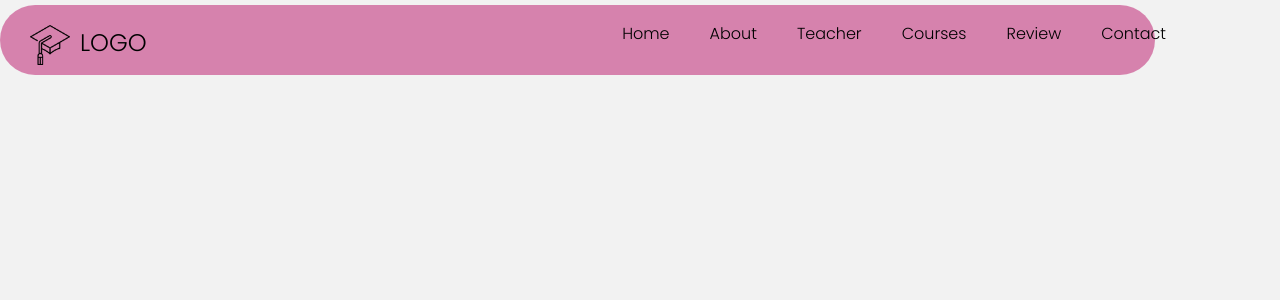
Repository: MrHadSheanas/First-Responsive_Design-Web
Page: index.html
An editor plug-in stored every save of this project. The page is shown before and after a run of saves, followed by the edit.
The browser window is 1280 px wide. The pictures show the whole page.
Some web fonts or font styles are not loaded; a fallback is used. Some web libraries are served in a nearby version.

Above is the page before, as saved 2025-09-07 22:03:09.

### index.html
<!DOCTYPE html>
<html lang="en">
<head>
   <meta charset="UTF-8">
   <meta name="viewport" content="width=device-width, initial-scale=1.0">
   <title>Document</title>
   <link rel="stylesheet" href="https://cdnjs.cloudflare.com/ajax/libs/font-awesome/7.0.1/css/all.min.css">
   <link rel="stylesheet" href="style.css">
   <link rel="stylesheet" href="app.js">
   <link rel="stylesheet" href="">


</head>
<body>
   <nav class="navbor">
      <div class="logo">
         <img id="logo" src="img/mortarboard.png" alt="">
         <h2>LOGO</h2>
         <img id="menu1" src="img/menu-bar.png" alt="">
      </div>


      <ul class="nav-links">
         <ol>Home</ol>
         <ol>About</ol>
         <ol>Teacher</ol>
         <ol>Courses</ol>
         <ol>Review</ol>
         <ol>Contact</ol>
   </nav>

</body>
</html>

### style.css
@import url('https://fonts.googleapis.com/css2?family=Amiri:ital,wght@0,400;0,700;1,400;1,700&family=Anton&family=Montagu+Slab:opsz,wght@16..144,100..700&family=Poppins:ital,wght@0,100;0,200;0,300;0,400;0,500;0,600;0,700;0,800;0,900;1,100;1,200;1,300;1,400;1,500;1,600;1,700;1,800;1,900&family=Roboto:ital,wght@0,100..900;1,100..900&display=swap');

*{
    font-family: "Poppins", sans-serif;
  font-weight: 300;
  font-style: normal;
}
.navbor{
   width:95%;
}
body{
    margin: 0;
    padding: 0;
    width: 100%;
    box-sizing: border-box;
    background: #f2f2f2;
}
header{
    width: 100%;
    height: 100vh;
    background: url(images/bg.jpg);
    background-size: cover;
    background-position: center;
    position: relative;
}
#logo{
   width: 40px;
   height:40px;
   position:relative;
   top: 0px;
   left: 10px;
   padding: 20px;
}
.logo{
   display: flex;
   width:95%;
   height: 70px;
   background: rgba(187, 20, 107, 0.5);
   margin-top:5px;
   border-radius: 100px;



}
.nav-links{
   display: flex;
   justify-content:end;
   position: relative;
   top: -70px;
   right: 50px;

}
li{
   margin: 10px;

}
#menu1{
   display: none;
}

@media  (max-width: 780px){
   .nav-links{
      display: none;
   }
   .logo{
      margin-left: 20px;
   }
   #menu1{
      display: block;
      position: relative;
      top: 15px;
      left: 65%;
      margin-right: 10px;
      width: 40px;;
      height: 40px;

   }


}
@media screen and (max-width: 600px){
   .logo{
      width: 100%;
      height: 50px;
      margin-left: 10px;
      border-radius: 40px;
      margin-left: 10px;
   }
   #menu1{
      left:65%;
      width: 30px;
      height: 30px;

   }
   .logo h2{
      height: 40px;
      border-radius: 10px;
      padding: 0%;
      position: relative;
      top: -10px;
      left: 20px;
      display: flex;


   }
   .logo{
      padding: 0px;
   }
   #logo{
      width: 30px;
      height: 30px;
      padding: 10px;
   }
}
@media   (max-width: 400px){
   #menu1{
      left:60;
      width: 25px;
      height: 25px;
   }


}

Loaded but not shown: app.js (no copy from this time; the picture is the same without it)

After the next 2 saves:
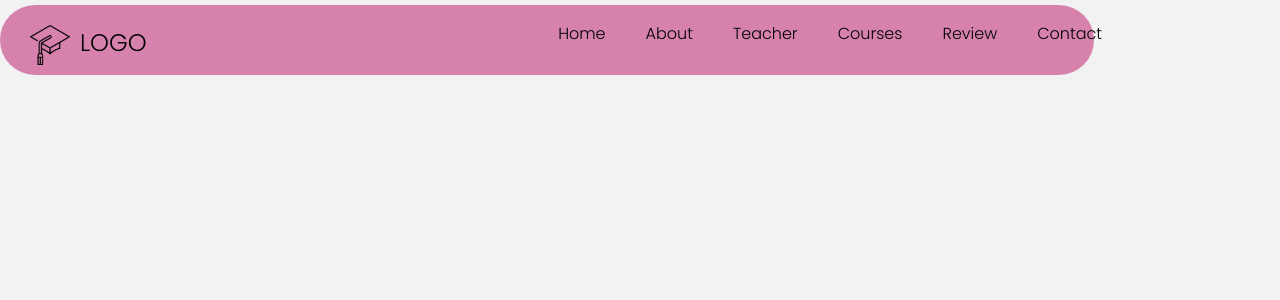
The 2 saves are shown as one change because they came seconds apart.
The last was saved 15 s later.
--- a/style.css
+++ b/style.css
@@ -6,7 +6,7 @@
   font-style: normal;
 }
 .navbor{
-   width:95%;
+   width:90%;
 }
 body{
     margin: 0;
